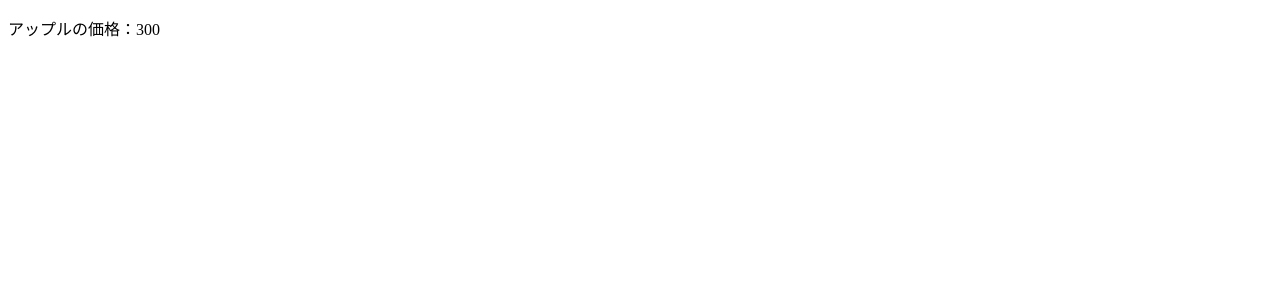
Repository: wadashuri/gourmet-website-develop
Page: js.1/07/func_sample2.html
The author's editor kept a record of every edit. The page is drawn from the files as they stood at one moment, then again after the next edit.
The browser window is 1280 px wide. The pictures show the whole page.

Above is the page before.
Console error: ReferenceError: apple_price円 is not defined

### js.1/07/func_sample2.html
<!DOCTYPE html>
<html lang="ja">
<head>
    <meta charset="UTF-8">
    <meta name="viewport" content="width=device-width, initial-scale=1.0">
    <meta http-equiv="X-UA-Compatible" content="ie=edge">
    <title>Document</title>
</head>
<body>

<script>

const get_apple_price = () => {
    let now_date = new Date();

    if (now_date.getDay() === 2) {
        document.write(`<p>アップルの価格：200</p>`);
        // return 200;
    } else {
        document.write(`<p>アップルの価格：300</p>`);
        // return 300;
    }
}

let apple_price = get_apple_price();
let orange_price = 100;

document.write(`<p>アップルの価格：${apple_price円}</p>`);
document.write(`<p>オレンジの価格：${orange_price}円</p>`);

</script>

</body>
</html>

After the next edit:
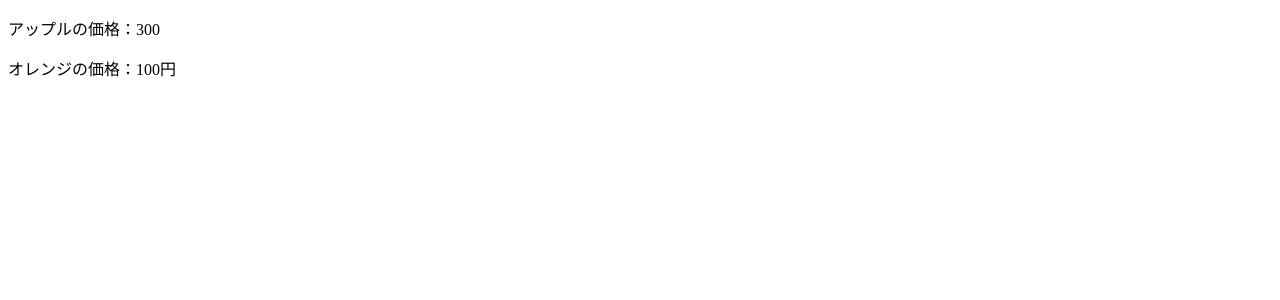
The error is gone.
The edit:
--- a/js.1/07/func_sample2.html
+++ b/js.1/07/func_sample2.html
@@ -25,7 +25,7 @@
 let apple_price = get_apple_price();
 let orange_price = 100;
 
-document.write(`<p>アップルの価格：${apple_price円}</p>`);
+// document.write(`<p>アップルの価格：${apple_price円}</p>`);
 document.write(`<p>オレンジの価格：${orange_price}円</p>`);
 
 </script>
